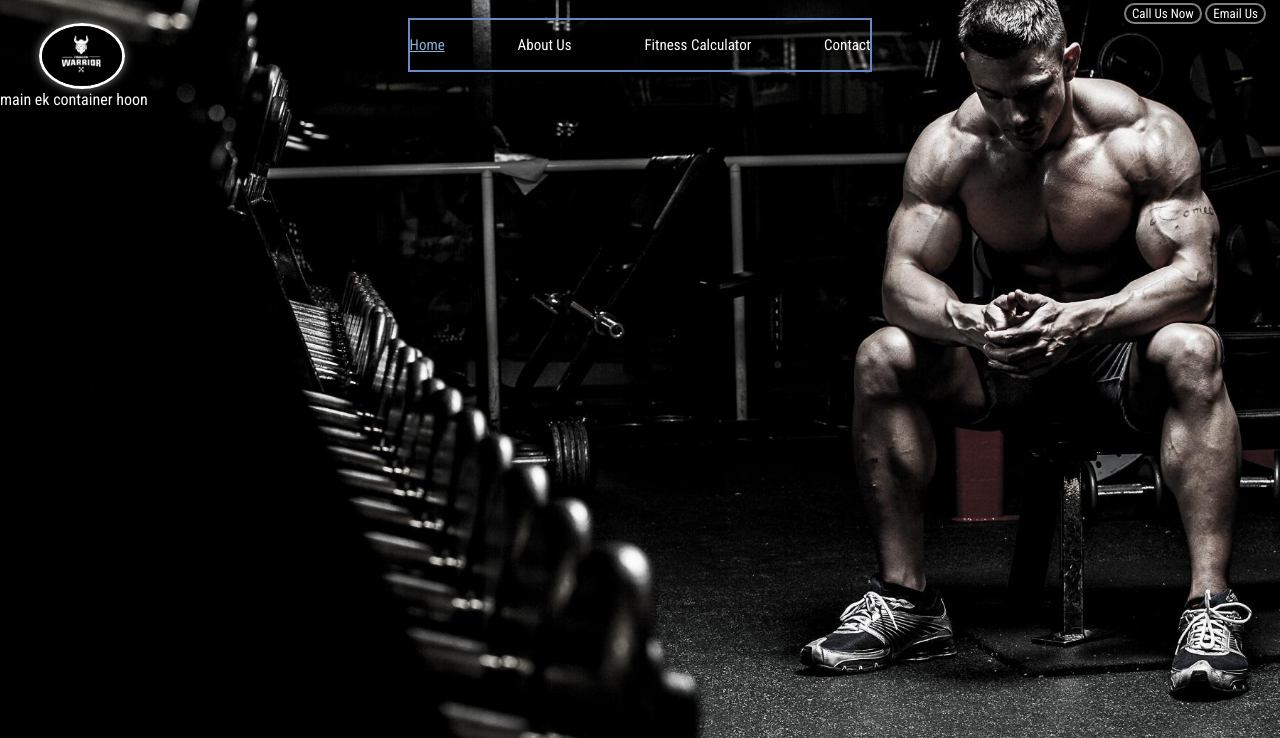
Repository: asthaasquare/project-1
Page: project-1/index.html
The author's editor kept a copy of each file at every save. The page is drawn from the files as they stood at one save, then again after a run of saves.
The browser window is 1280 px wide. The pictures show the whole page.
Some web fonts or font styles are not loaded; a fallback is used.

Above is the page before, as saved 2024-05-09 17:22:08.

### project-1/index.html
<!DOCTYPE html>
<html lang="en">
<head>
  <meta charset="UTF-8" />
  <meta name="viewport" content="width=device-width, initial-scale=1.0" />
  <title>Fit World</title>
  </head>
  <link rel="preconnect" href="https://fonts.googleapis.com">
<link rel="preconnect" href="https://fonts.gstatic.com" crossorigin>
<link href="https://fonts.googleapis.com/css2?family=Briem+Hand:wght@100..900&family=Jaro:opsz@6..72&family=Jersey+25+Charted&family=Oswald:wght@200..700&family=Poetsen+One&family=Raleway:ital,wght@0,100..900;1,100..900&family=Roboto+Condensed:ital,wght@0,100..900;1,100..900&display=swap" rel="stylesheet">
<link rel="stylesheet" href="css/style.css" />
  <style>
    body {
      color: white;
      margin: 0;
      padding: 0;
      background-image: url("img/1087639.jpg");
      background-size: cover; /* This will make sure the image covers the entire background */
      background-position: center; /* This will center the image within the container */
      height: 100vh; /* This will set the height of the background to the viewport height */
      font-family: "Roboto Condensed", sans-serif;
  font-optical-sizing: auto;
    }

    .left {
      /* border: 2px double rgb(75, 62, 62); */
      display: inline-block;
      position: absolute;
      top: 0px;
      left: 34px;
      padding: 5px; /* Add some padding around the logo */
    }

    .left img {
      width: 80px;
      height: auto;
      border-radius: 50%;
      border: 3px solid white;
      box-shadow: 0 0 10px rgba(255, 255, 255, 0.5);
    }

    .left div{
      line-height: 0px;
    }

    .mid {
      margin: 18px auto;
      display: block;
      width: 36%;
      border: 2px double rgb(106, 137, 200);
    }

    .right {
      position: absolute;
      display: inline-block;
      /* border: 2px double rgb(100, 96, 222); */
      top: 0px;
      right: 34px;
    }



    .navbar {
      display: flex; /* Use flexbox for better alignment */
      justify-content: space-between; /* Distribute items evenly across the container */
      align-items: center; /* Center items vertically */
      padding: 0;
    }

    .navbar li {
      font-size: 15px;
      list-style: none; /* Remove default list styles */
      margin-right: 20px; /* Add some spacing between navbar items */
    }

    .navbar li a {
      color: white;
      text-decoration: none;
    }

    .navbar li a:hover,
    .navbar li a.active {
      text-decoration: underline;
      color: rgb(136, 177, 215);
    }

    .navbar li:last-child {
      margin-right: 0; /* Remove margin from the last navbar item */
    }

    .header {
      position: relative; /* Set position to relative to allow absolute positioning of child elements */
    }

   .btn{
      margin: 0px 0px;
      color: white;
      background-color: black;
      position:relative;
      right: 22px;
      top: -15px;
      left:20px;
      border: 2px solid grey;
      border-radius: 13px;
      font-size: 13px;
      cursor: pointer;
      transition: background-color 0.3s, border-color 0.3s;
      font-family: "Roboto Condensed", sans-serif;
    }

    .btn:hover {
  background-color: grey; /* Change background color on hover */
  border-color: black; /* Change border color on hover */

}
  </style>


<body>
  <header class="header">
    <div class="left">
      <img src="img/logo.jpg" alt="Logo" />
    </div>
    <div class="mid">
      <ul class="navbar">
        <li><a href="#" class="active">Home</a></li>
        <li><a href="#">About Us</a></li>
        <li><a href="#">Fitness Calculator</a></li>
        <li><a href="#">Contact</a></li>
      </ul>
    </div>
    <div class="right">
       <button class="btn">Call Us Now</button>
       <button class="btn">Email Us</button>
    </div>
  </header>

  <div class="container">
    main ek container hoon
  </div>
</body>
</html>

Loaded but not shown: project-1/css/style.css (no stored copy; drawn as an empty file)

After the next 5 saves:
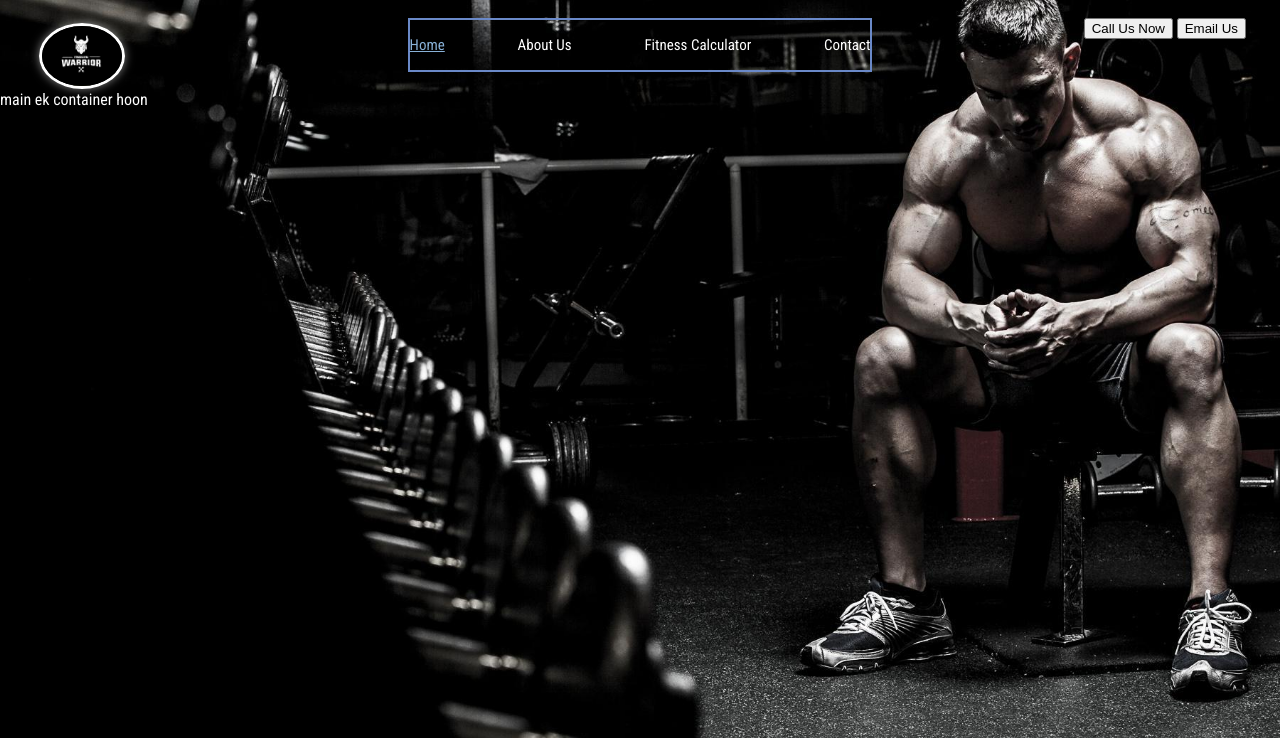
The 5 saves are shown as one change because they came seconds apart.
The last was saved 11 s later.
--- a/project-1/index.html
+++ b/project-1/index.html
@@ -89,8 +89,11 @@
     }
 
     .header {
-      position: relative; /* Set position to relative to allow absolute positioning of child elements */
+      position: relative; /* Set position to relative to allow absolute positioning of ch
+      ild elements */
     }
+
+    .
 
    .btn{
       margin: 0px 0px;

After the 3 saves that followed:
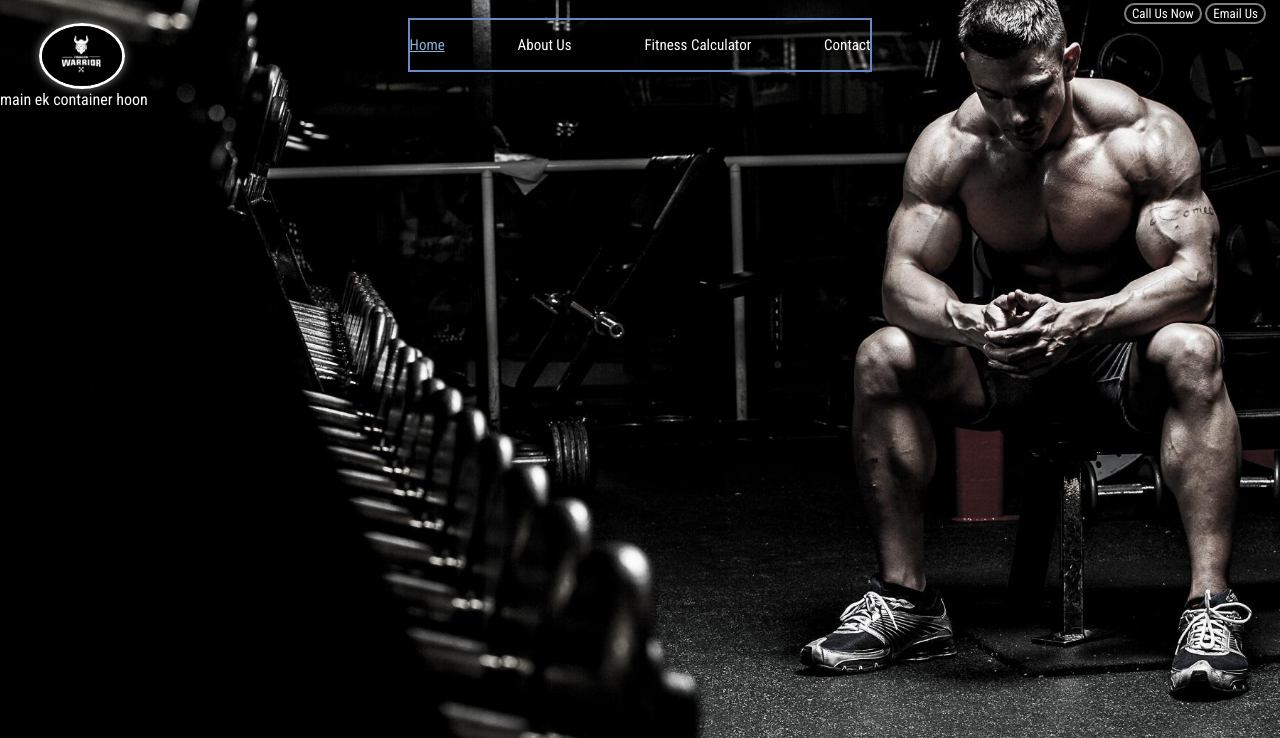
The 3 saves are shown as one change because they came seconds apart.
The last was saved 7 s later.
--- a/project-1/index.html
+++ b/project-1/index.html
@@ -93,7 +93,9 @@
       ild elements */
     }
 
-    .
+    .container{
+      bo
+    }
 
    .btn{
       margin: 0px 0px;
